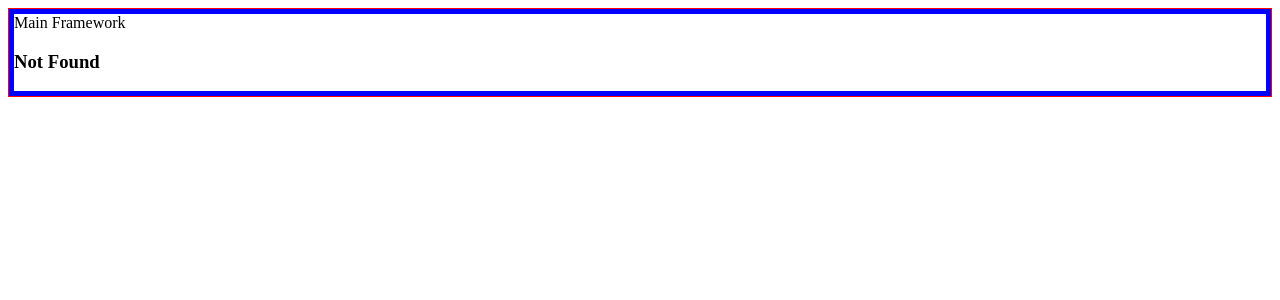
Repository: GregorPiev/angularjs-add-book
Page: index.html
The author's editor kept a copy of each file at every save. The page is drawn from the files as they stood at one save, then again after the next save.
The browser window is 1280 px wide. The pictures show the whole page.

Above is the page before, as saved 2020-09-23 16:55:13.

### index.html
<!DOCTYPE html>
<html lang="en" ng-app="addBook">
	<head>
		<meta charset="UTF-8" />
		<meta name="viewport" content="width=device-width, initial-scale=1.0" />
		<title>Add Book - Test AngularJS</title>
		<base href="/" />
		<link href="node_modules/bootstrap/dist/css/bootstrap.min.css" />
	</head>
	<body>
		<div class="container-fluid" style="border: solid 1px red">
			<div class="row">
				<div
					class="col-md-10 col-md-offset-1 col-sm-10 col-sm-offset-1 col-lg-10 col-lg-offset-1"
				>
					<main style="border: solid 5px blue"></main>
				</div>
			</div>
		</div>

		<!-- <subgenre></subgenre>
		<add-subgenre></add-subgenre>
		<add-book-item></add-book-item> -->

		<script src="node_modules/angular/angular.min.js"></script>
		<script src="node_modules/angular-route/angular-route.min.js"></script>
		<script src="node_modules/angular-resource/angular-resource.min.js"></script>

		<script src="app/app.module.js"></script>
		<script src="app/app.config.js"></script>

		<script src="app/main/main.module.js"></script>
		<script src="app/main/main.component.js"></script>
		<script src="app/main/component/main.controller.js"></script>

		<script src="app/genre/genre.module.js"></script>
		<script src="app/genre/genre.component.js"></script>
		<script src="app/genre/component/genre.controller.js"></script>

		<script src="app/subgenre/subgenre.module.js"></script>
		<script src="app/subgenre/subgenre.component.js"></script>
		<script src="app/subgenre/component/subgenre.controller.js"></script>

		<script src="app/add-subgenre/add-subgenre.module.js"></script>
		<script src="app/add-subgenre/add-subgenre.component.js"></script>
		<script src="app/add-subgenre/component/add-subgenre.controller.js"></script>

		<script src="app/add-book/add-book.module.js"></script>
		<script src="app/add-book/add-book.component.js"></script>
		<script src="app/add-book/component/add-book.controller.js"></script>

		<script src="app/service/service.module.js"></script>
		<script src="app/service/service.service.js"></script>
	</body>
</html>

### app/app.module.js
'use strict'
angular.module('addBook', [
    'ngRoute',
    'ngResource',

    'main',
    'genre',
    'subgenre',
    'addSubgenre',
    'addBookItem'
]);

### app/app.config.js
'use strict'
angular.module('addBook')
    .config(function (
        $locationProvider,
        $routeProvider
    ) {
        console.info("Config");
        $locationProvider.html5Mode({ enabled: true });
        $routeProvider
            .when('/', {
                template: "<genre></genre>"
            })
            .when('/subgenre/:id', {
                template: '<subgenre></subgenre>'
            })
            .when('/add-subgenre/:id', {
                template: '<add-subgenre></add-subgenre>'
            })
            .when('/add-book', {
                template: '<add-book-item></add-book-item>'
            })
            .otherwise({
                template: '<h3>Not Found</h3>'
            })
    });

### app/main/main.module.js
'use strict'
angular.module('main', []);

### app/main/main.component.js
angular.module('main')
    .component('main', {
        templateUrl: '/app/main/component/main.template.html',
        controller: 'mainController',
        controllerAs: 'Main'
    })

### app/main/component/main.controller.js
'use strict'
angular.module('main')
    .controller('mainController', function ($scope) {
        $scope.title = 'Main Framework'
    })

### app/genre/genre.module.js
'use strict'
angular.module('genre', ['service']);

### app/genre/genre.component.js
angular.module('genre')
    .component('genre', {
        templateUrl: '/app/genre/component/genre.template.html',
        controller: 'genreController',
        controllerAs: 'Genre'
    })

### app/genre/component/genre.controller.js
angular.module('genre')
    .controller('genreController', function ($scope, Service) {
        $scope.title = 'Genre';
        $scope.genreList = [];
        console.log('genreController');
        // console.log('Data:', Service.query());

        Service.query(function (data) {
            angular.forEach(data['genres'], function (item, index) {
                // console.log('item:', item)
                var genreItem = {
                    id: item.id,
                    name: item.name
                }
                // console.log('genreItem:', genreItem)
                $scope.genreList.push(genreItem);
            })
        });
    })

### app/subgenre/subgenre.module.js
'use strict'
angular.module('subgenre', []);

### app/subgenre/subgenre.component.js
angular.module('subgenre')
    .component('subgenre', {
        templateUrl: '/app/subgenre/component/subgenre.template.html',
        controller: 'subgenreController'
    })

### app/subgenre/component/subgenre.controller.js
angular.module('subgenre')
    .controller('subgenreController', function ($scope, $routeParams) {
        console.log('subgenreController')
        var id = $routeParams.id | 5;
        $scope.title = `SubGenre ${id}`;
    })

### app/add-subgenre/add-subgenre.module.js
'use strict'
angular.module('addSubgenre', []);

### app/add-subgenre/add-subgenre.component.js
'use strict'
angular.module('addSubgenre')
    .component('addSubgenre', {
        templateUrl: '/app/add-subgenre/component/add-subgenre.template.html',
        controller: 'addSubgenreController'
    })

### app/add-subgenre/component/add-subgenre.controller.js
'use strict'
angular.module('addSubgenre')
    .controller('addSubgenreController', function ($scope, $routeParams) {
        console.log('addSubgenreController')
        var id = $routeParams.id | 10;
        $scope.title = `Add Subgenre: ${id}`;
    });

### app/add-book/add-book.module.js
'use strict'
angular.module('addBookItem', []);

### app/add-book/add-book.component.js
'use strict'
angular.module('addBookItem')
    .component('addBookItem', {
        templateUrl: '/app/add-book/component/add-book.template.html',
        controller: 'addBookItemController'
    });

### app/add-book/component/add-book.controller.js
'use strict'
angular.module('addBookItem')
    .controller('addBookItemController', function ($scope, $routeParams) {
        console.log('addBookItemController')
        $scope.title = 'Add Book'
    });

### app/service/service.module.js
'use strict'
angular.module('service', []);

### app/service/service.service.js
'use strict'
angular.module('service')
    .factory('Service', function ($resource) {
        console.log('Service')
        var url = '/data/data.json';

        return $resource(url, {}, {
            query: {
                method: "GET",
                params: {},
                isArray: false,
                cache: false
            },
            get: {
                method: "GET",
                isArray: true,
                cache: false
            }
        })


    })

### app/main/component/main.template.html
<div class="container-fluid">
	<div class="row">
		<div class="col-md-10 col-md-offset-1 text-center">{{ title }}</div>
	</div>
	<div class="row">
		<div class="col-md-10 col-md-offset-1 text-center">
			<div ng-view></div>
		</div>
	</div>
</div>

Loaded but not shown: node_modules/angular/angular.min.js (library); node_modules/angular-route/angular-route.min.js (library); node_modules/angular-resource/angular-resource.min.js (library); node_modules/bootstrap/dist/css/bootstrap.min.css (library)

After the next save:
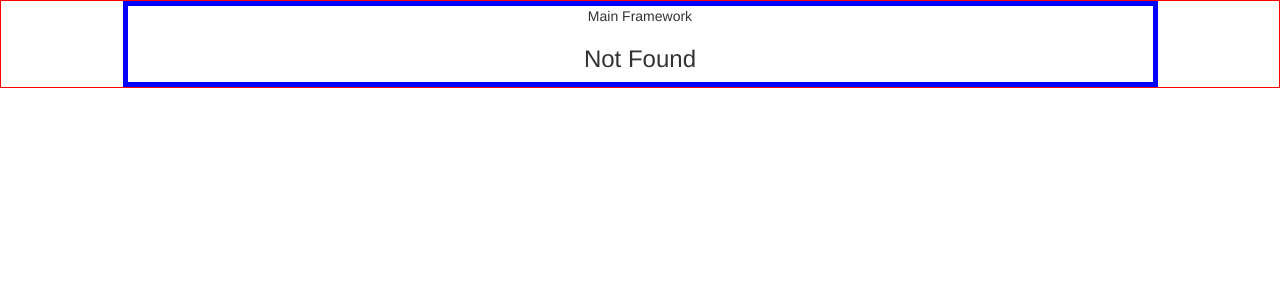
Saved 2 min 40 s later.
--- a/index.html
+++ b/index.html
@@ -5,7 +5,11 @@
 		<meta name="viewport" content="width=device-width, initial-scale=1.0" />
 		<title>Add Book - Test AngularJS</title>
 		<base href="/" />
-		<link href="node_modules/bootstrap/dist/css/bootstrap.min.css" />
+		<link
+			rel="stylesheet"
+			href="node_modules/bootstrap/dist/css/bootstrap.min.css"
+			type="text/css"
+		/>
 	</head>
 	<body>
 		<div class="container-fluid" style="border: solid 1px red">
